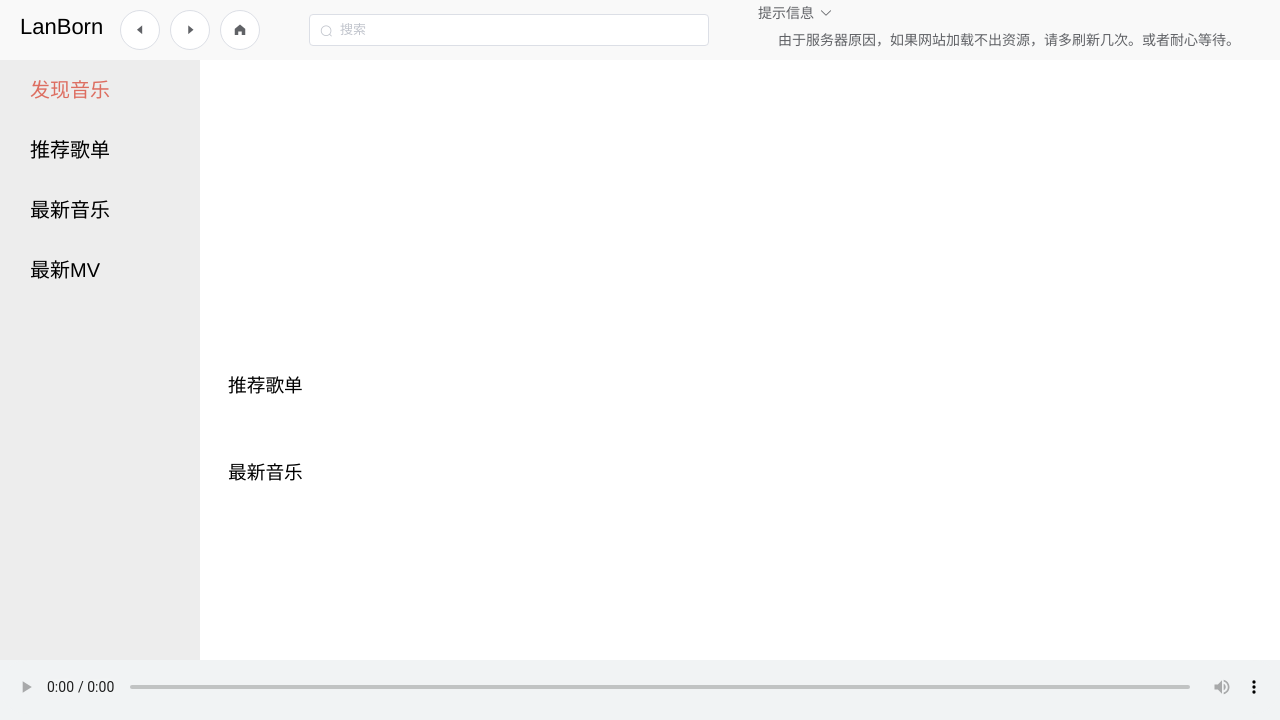
Repository: Lanborn/cloud_music
Page: /
An editor plug-in stored every save of this project. The page is shown before and after the next save, followed by the edit.
The browser window is 1280 px wide. The pictures show the whole page.
The page's requests for data from a server got no answer. An inner scrolling area shows only its first screen. The project was rebuilt for these pictures with package versions that can differ from the ones it lists, and the page was loaded fresh each time. No one was signed in, and anything a server would have sent is missing. Also part of the build but not shown: vue.config.js, src/components/playlists.vue, src/components/songs.vue, src/components/mvs.vue, src/components/result.vue, src/components/playlist.vue, src/components/mv.vue.

Above is the page before, as saved 2021-12-12 14:36:05.

After the next save:
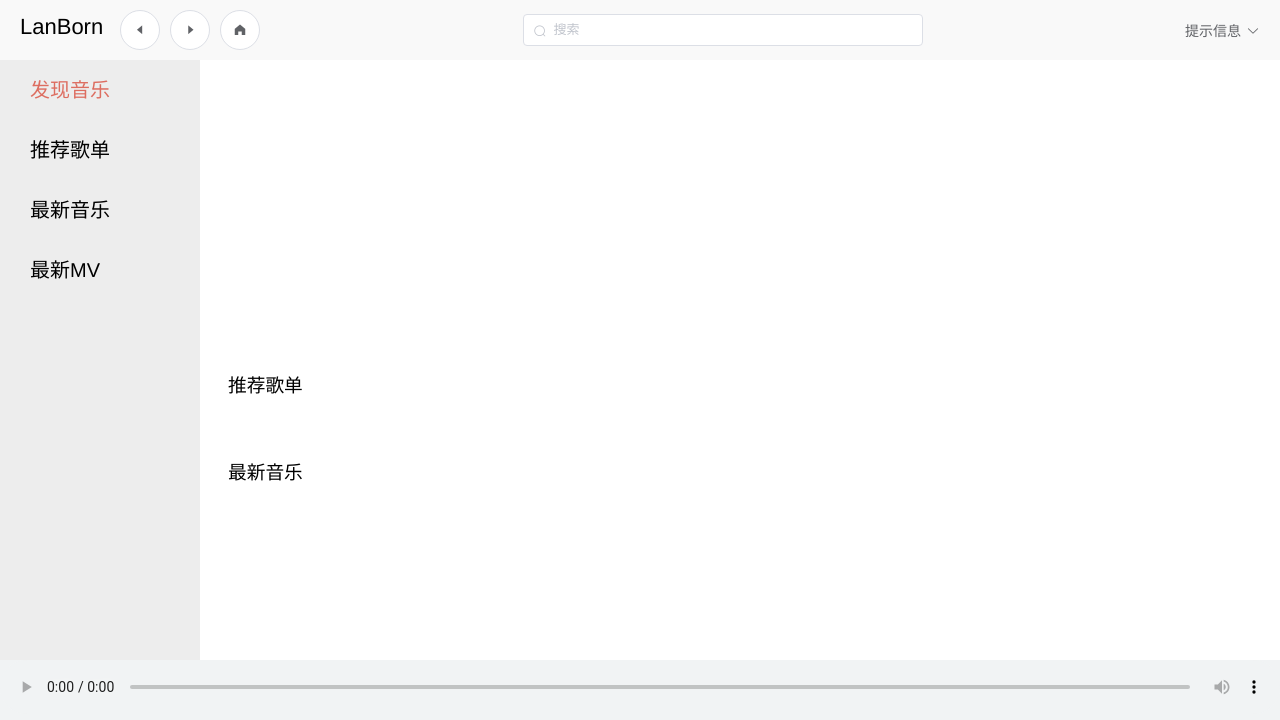
Saved 47 s later.
--- a/src/views/top.vue
+++ b/src/views/top.vue
@@ -40,9 +40,9 @@
           <span class="el-dropdown-link">
             提示信息<i class="el-icon-arrow-down el-icon--right"></i>
           </span>
-          <el-drop-menu slot="dropdown">
+          <el-dropdown-menu slot="dropdown">
             <el-dropdown-item>由于服务器原因，如果网站加载不出资源，请多刷新几次。或者耐心等待。</el-dropdown-item>
-          </el-drop-menu>
+          </el-dropdown-menu>
         </el-dropdown>
       </div>
   </div>
